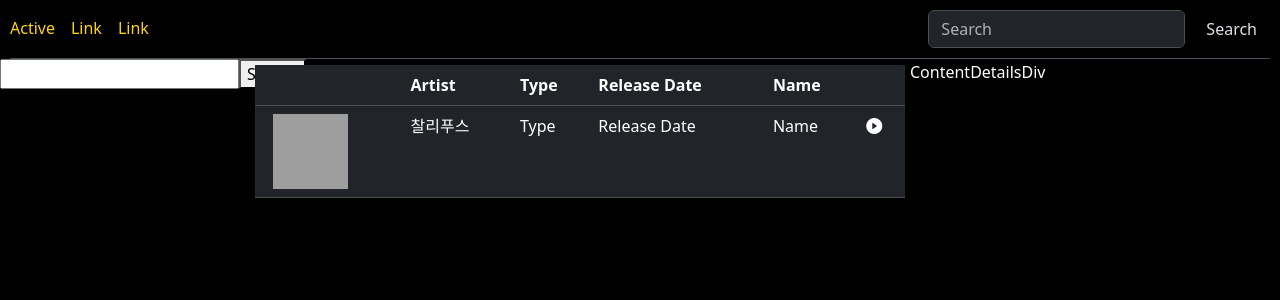
Repository: budflower44/My_Music_Life
Page: http://localhost/my_music_life/WEB-INF/views/mml/main.jsp
The author's editor kept a copy of each file at every save. The page is drawn from the files as they stood at one save, then again after the next save.
The browser window is 1280 px wide. The pictures show the whole page.
Pictures or frames that could not be fetched are drawn as grey boxes. The page is served by Tomcat 9. Nobody is signed in. Other server files are loaded and not shown. The template is opened directly, without the code that normally fills it, so the values that code supplies are empty.

Above is the page before, as saved 2024-02-16 05:39:26.

### my_music_life/src/main/webapp/WEB-INF/views/mml/main.jsp
<%@ page language="java" contentType="text/html; charset=UTF-8"
    pageEncoding="UTF-8"%>
<!DOCTYPE html>
<html>
<head>
<meta charset="UTF-8">
<title>Insert title here</title>
</head>
<link rel="stylesheet" href="https://cdn.jsdelivr.net/npm/bootstrap-icons@1.10.5/font/bootstrap-icons.css">
<link href="https://cdn.jsdelivr.net/npm/bootstrap@5.3.1/dist/css/bootstrap.min.css" rel="stylesheet" integrity="sha384-4bw+/aepP/YC94hEpVNVgiZdgIC5+VKNBQNGCHeKRQN+PtmoHDEXuppvnDJzQIu9" crossorigin="anonymous">
<script src="https://cdn.jsdelivr.net/npm/@popperjs/core@2.11.8/dist/umd/popper.min.js" integrity="sha384-I7E8VVD/ismYTF4hNIPjVp/Zjvgyol6VFvRkX/vR+Vc4jQkC+hVqc2pM8ODewa9r" crossorigin="anonymous"></script>
<script src="https://cdn.jsdelivr.net/npm/bootstrap@5.3.1/dist/js/bootstrap.min.js" integrity="sha384-Rx+T1VzGupg4BHQYs2gCW9It+akI2MM/mndMCy36UVfodzcJcF0GGLxZIzObiEfa" crossorigin="anonymous"></script>
<style>
body{
	background-color : black;
	color: white;
	padding: 0;
	margin: 0;
}
.parentsDiv{
	height: 100vh;
	width: 100vw;
	display: flex;
	flex-direction: column;
}
.HeaderDiv{
	height: 60px;
}
.MidDiv{
	height: calc(100vh - 224px);
	min-height: calc(100vh - 224px);
	display:flex;
}
.FooterDiv{
	height: 154px;
	padding: 0;
	margin: 0;
	position:sticky;
	top: calc(100vh - 224px);
}
.SearchLineDiv{

}
.UserDetailDiv{
	width: 250px;
	min-width: 250px;
}
.ContentsDiv{
	width: 100%;
	height:calc(100vw-550px);
	display: flex;
	justify-content: space-between;
	overflow: scroll;
}
.ContentDiv{
	width: 60%;
	height: calc(100vw-550px);
	overflow: scroll;
	align-items: flex-start;
}
.ContentDetailsDiv{
	width: 40%;
	min-width: 350px;
	height: 100%
}
.MusicBox{
	background-color: navy;
	padding: 0;
	margin: 5px;

}
.searchDiv{
	background-color: black;
	width: 650px;
	height: 75px;
	margin: 5px;
}
.searchDiv img{
	margin-left: 10px;
}
.searchDiv span{
	text-align: center;
}
.playIcon {
	display: inline;
}

.navDiv{
	position:sticky;
	padding-left: 10px;
	padding-right: 10px;
}
.nav-link{
	color: gold;
}
.nav-link:hover {
	color: white;
}
.navbar{
	background-color: black;
}
.table{
	max-width: 650px;
}
</style>
<body>
<div class="parentsDiv">
	<div class="HeaderDiv">
		<div class="SearchLineDiv">
				<div class="navDiv">
					<nav class="navbar border-bottom border-body" data-bs-theme="dark">
						<ul class="nav nav-underline justify-content-end">
							<li class="nav-item"><a class="nav-link" aria-current="page" href="#">Active</a></li>
							<li class="nav-item"><a class="nav-link" href="#">Link</a></li>
							<li class="nav-item"><a class="nav-link" href="#">Link</a></li>
						</ul>
						<form class="d-flex" role="search">
        					<input class="form-control me-2 " id="searchKeyword" type="search" placeholder="Search" aria-label="Search">
        					<button class="btn" type="button" id="searchBtn">Search</button>
      					</form>
					</nav>
				</div>
				<input type="text" id="searchKeyword"><button type="button" id="searchBtn">Search</button>
		</div>
	</div>
	<div class="MidDiv">
		<div class="UserDetailDiv">UserDetailDiv</div>
		<div class="ContentsDiv">
			<div class="contentDiv">
				<div class="searchDiv">
				<table id="SearchBox" class="table table-dark table-hover">
					<tr>
						<th></th>
						<th>Artist</th>
						<th>Type</th>
						<th>Release Date</th>
						<th>Name</th>
						<th></th>
					</tr>
					<tr>
						<td>
						<img alt="" src="https://i.scdn.co/image/ab67616d0000b273a3b39c1651a617bb09800fd8" style="height:75px; width:75px; display:inline;">
						</td>
						<td>찰리푸스</td>
						<td>Type</td>
						<td>Release Date</td>
						<td>Name</td>
						<td><i class="bi bi-play-circle-fill"></i></td>
					</tr>
				</table>
				</div>
			</div>
			<div class="ContentDetailsDiv">ContentDetailsDiv</div>
		</div>
	</div>
	<div class="FooterDiv">
		<div class="MusicBox" id="MusicBox"></div>
	</div>
	<div></div>
</div>

<script src="/resources/js/spotifyAPI.js"></script>

</body>
</html>

### my_music_life/src/main/webapp/resources/js/spotifyAPI.js
async function getTokenToServer(){
    try {
        const url = "/mml/token";
        const config = {
            method:'post'
        };
        const resp = await fetch(url, config);
        const result = await resp.text();
        // console.log("getTokenToServer result >> "+result);
        return result;
    } catch (error) {
        console.log(error);
    }
}

async function fetchWebApi(token, keyword) {
    var res1 = encodeURI(keyword);
    console.log(keyword);
    const res = await fetch(`https://api.spotify.com/v1/search?q=${keyword}&type=album%2Ctrack%2Cartist`, {
        headers: {
            Authorization: `Bearer ${token}`,
        },
        method : 'GET'
    });
  const data = await res.json();
  console.log(data);
  return data;
}

async function searchAlbumsDataToServer(searchData){
    try {
        const url = "/mml/search/albums";
        const config = {
            method : 'post',
            headers : {
                'content-type' : 'application/json; charset=utf-8'
            },
            body : JSON.stringify(searchData)
        };
        const resp = await fetch(url, config);
        const result = await resp.text();
        console.log("albums 서버 응답 받음:", result);
        const searchObj =  parseQueryString(result);;
        console.log(searchObj);
        return searchObj;
    } catch (error) {
        console.log(error);
    }
}

async function searchArtistsDataToServer(searchData){
    try {
        const url = "/mml/search/artists"
        const config = {
            method: 'post',
            headers : {
                'content-type' : 'appication/json; charset=utf-8'
            },
            body : JSON.stringify(searchData)
        };
        const resp = await fetch(url, config);
        const result = await resp.text();
        console.log("artists 서버 응답 받음", result);
        const searchObj =  parseQueryString(result);;
        console.log(searchObj);
        return searchObj;
    } catch (error) {
        console.log(error);
    }
}

document.getElementById('searchBtn').addEventListener('click', async ()=>{
    try {
        document.getElementById('SearchBox').innerHTML = "";
        tableFrom();
        const keywordVal = document.getElementById('searchKeyword').value;
        console.log(keywordVal);
        getTokenToServer().then(token=>{
            fetchWebApi(token, keywordVal).then(res =>{
                if(res.albums){
                    searchAlbumsDataToServer(res.albums).then(album =>{
                        console.log(album);
                        for(let i=0; i<res.albums.items.length; i++){
                            let artistsUri = album.artistsUri[i];
                            let artistsName = album.artistsName[i];
                            let albumType = album.albumType[i];
                            let releaseDate = album.releaseDate[i];
                            let name = album.name[i];
                            console.log(artistsUri);
                            console.log(res.albums.items[i].external_urls.spotify);
                            const url = res.albums.items[i].external_urls.spotify;
                            let embedUrl = url.match(/\/album\/(\w+)/)[0];
                            console.log(embedUrl);
                            embedFrom(artistsUri, artistsName, albumType, releaseDate, name, embedUrl);
                        }})
                }
                if(res.artists){
                    for(let i=0; i<res.artists.items.length; i++){
                        console.log(res.artists.items[i].external_urls.spotify);
                        const url = res.artists.items[i].external_urls.spotify;
                        const embedUrl = url.match(/\/artist\/(\w+)/)[0];
                        console.log(embedUrl);
                    }
                }
                if(res.tracks){
                    for(let i=0; i<res.tracks.items.length; i++){
                        console.log(res.tracks.items[i].external_urls.spotify);
                        const url = res.tracks.items[i].external_urls.spotify;
                        const embedUrl = url.match(/\/track\/(\w+)/)[0];
                        console.log(embedUrl);
                    }
                }

            })
        })
    } catch (error) {
        console.log(error);
    }
})

function embedFromPlayer(url){
    document.getElementById('MusicBox').innerHTML += `
    <iframe style="border-radius:12px"
    src="https://open.spotify.com/embed/${url}?utm_source=generator"
    width="100%" height="152" frameBorder="0" allowfullscreen="" allow="autoplay;
    clipboard-write; encrypted-media; fullscreen; picture-in-picture" loading="lazy" >
    </iframe>`;
}

function tableFrom(){
    document.getElementById('SearchBox').innerHTML += `
    <tr>
    <th></th>
    <th>Artist</th>
    <th>Type</th>
    <th>Release Date</th>
    <th>Name</th>
    <th></th>
    </tr>
    `;
}

function embedFrom(artistsUri, artistsName, albumType, releaseDate, name, embedUrl){
    console.log(document.getElementById('MusicBox'));
    document.getElementById('SearchBox').innerHTML += `
    <tr class="PlayMusic">
    <td>
    <img src="${artistsUri}" style="height:75px; width:75px; display:inline;">
    </td>
    <td>${artistsName}</td>
    <td>${albumType}</td>
    <td>${releaseDate}</td>
    <td>${name}</td>
    <td><input type="hidden" value="${embedUrl}"><i class="bi bi-play-circle-fill"></i></td>
    </tr>`;
}

document.addEventListener('click', (e)=>{
    document.getElementById('MusicBox').innerHTML = "";
    console.log(e.target);
    console.log(e.target.closest('tr'));
    let PlayMusicTr = e.target.closest('tr');
    if(PlayMusicTr.classList.contains('PlayMusic')){
        const embedUrl = PlayMusicTr.querySelector('input').value;
        console.log(embedUrl);
        embedFromPlayer(embedUrl);
    }
})

function parseQueryString(ParsingData) {
    const params = new URLSearchParams(ParsingData);
    const result = {};

    // 모든 키-값 쌍을 객체에 추가
    for (const [key, value] of params.entries()) {
        // 만약 이미 같은 키가 있다면 값을 배열로 저장
        if (result.hasOwnProperty(key)) {
            if (Array.isArray(result[key])) {
                result[key].push(value);
            } else {
                // 값이 이미 존재하는데 배열이 아닌 경우, 값을 배열로 변환
                result[key] = [result[key], value];
            }
        } else {
            result[key] = value;
        }
    }

    return result;
}

After the next save:
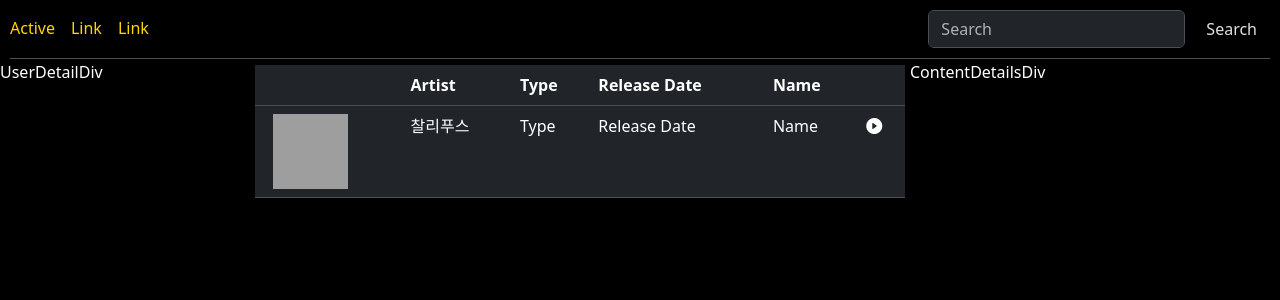
Saved 22 s later.
--- a/my_music_life/src/main/webapp/WEB-INF/views/mml/main.jsp
+++ b/my_music_life/src/main/webapp/WEB-INF/views/mml/main.jsp
@@ -120,7 +120,6 @@ body{
       					</form>
 					</nav>
 				</div>
-				<input type="text" id="searchKeyword"><button type="button" id="searchBtn">Search</button>
 		</div>
 	</div>
 	<div class="MidDiv">
